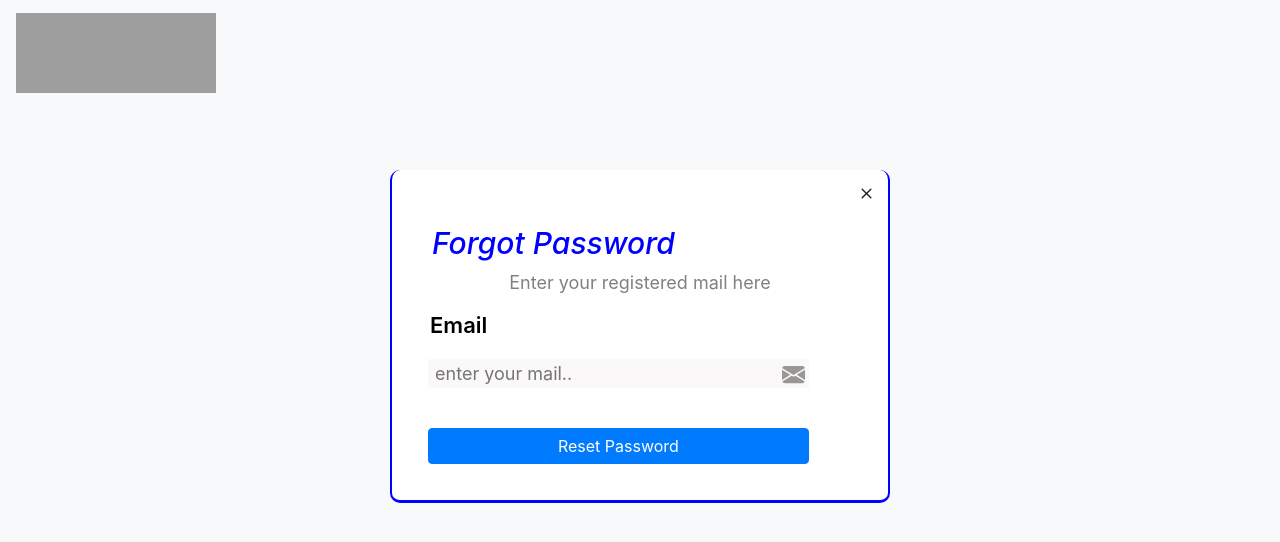
Repository: siri548/Karyakartha
Page: forgotPage.html
These files come from the project's save history. The page is drawn as it stood at one moment and after the next save; the edit follows.
The browser window is 1280 px wide. The pictures show the whole page.
Pictures or frames that could not be fetched are drawn as grey boxes.

Above is the page before, as saved 2023-11-05 09:50:56.
Console error (its wording comes from the project's code and is left out).

After the next save:
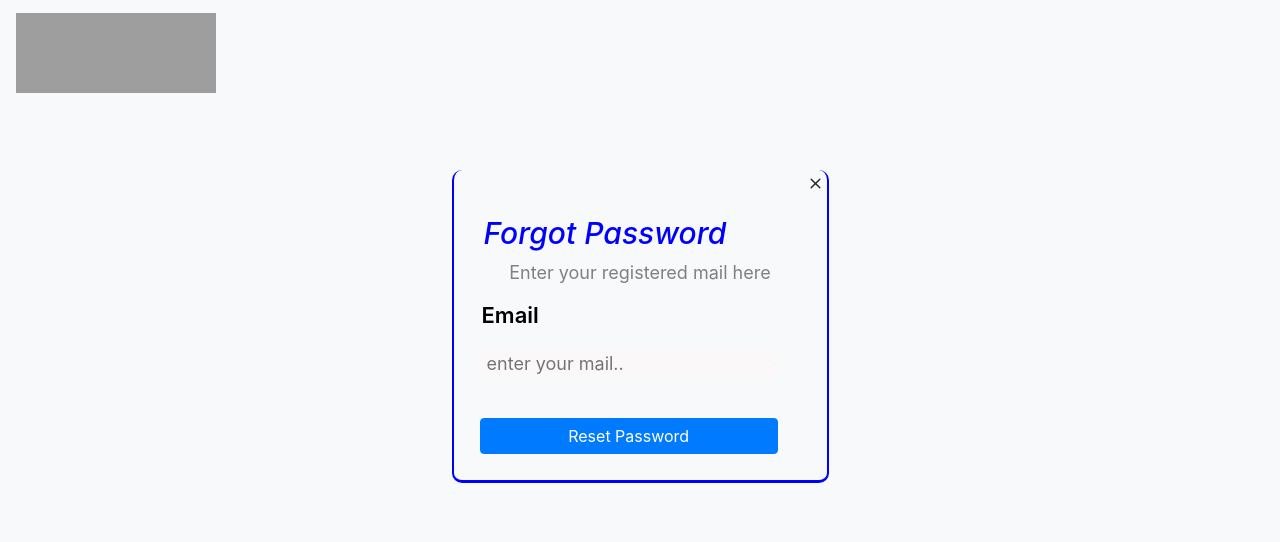
Saved 4 min 40 s later.
--- a/forgotPage.css
+++ b/forgotPage.css
@@ -9,7 +9,7 @@
     height: 80px;
 }
 
-.forgotPage-card {
+.navbar .forgotPage-card {
     border-radius: 10px;
     padding: 10px;
     background-color: white;

After the 3 saves that followed:
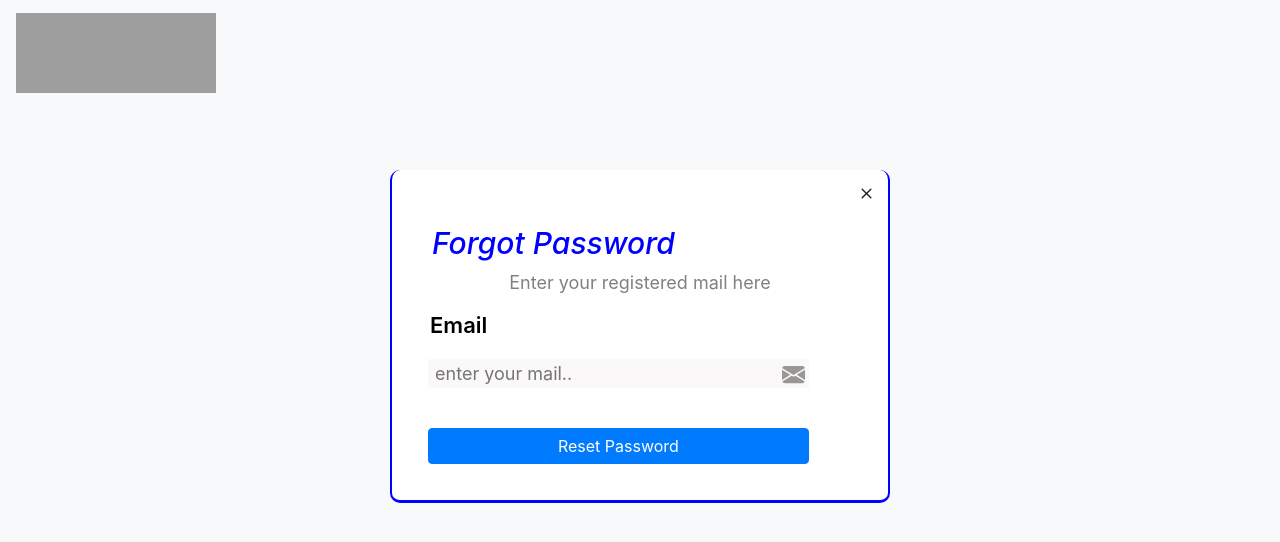
The 3 saves are shown as one change because 1 left the picture as it was and some came seconds apart.
The last was saved 10 s later.
--- a/forgotPage.css
+++ b/forgotPage.css
@@ -9,7 +9,9 @@
     height: 80px;
 }
 
-.navbar .forgotPage-card {
+.navbar-toggler {}
+
+.forgotPage-card {
     border-radius: 10px;
     padding: 10px;
     background-color: white;
